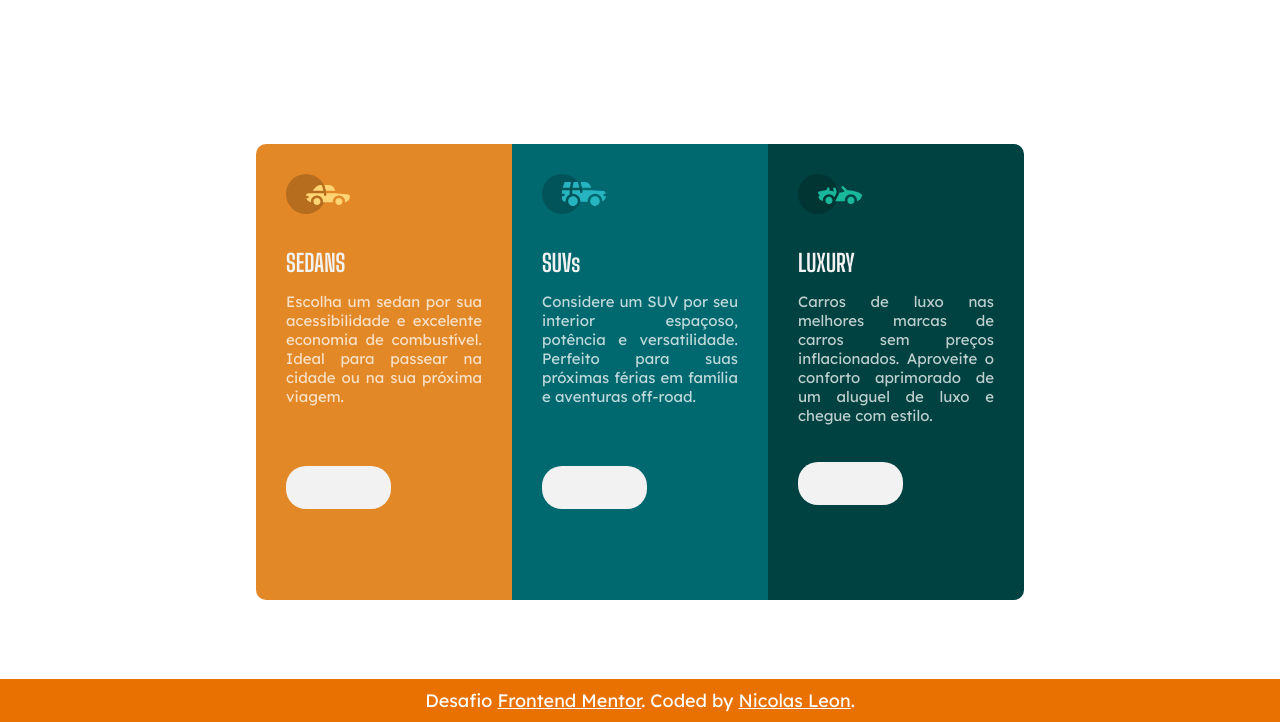
Repository: Leonngc/Car-cards
Page: index.html
An editor plug-in stored every save of this project. The page is shown before and after a run of saves, followed by the edit.
The browser window is 1280 px wide. The pictures show the whole page.

Above is the page before, as saved 2023-01-17 19:48:59.

### index.html
<!DOCTYPE html>
<html lang="pt-br">
  <head>
    <meta charset="UTF-8" />
    <meta name="viewport" content="width=device-width, initial-scale=1.0" />
    <!-- displays site properly based on user's device -->

    <link
      rel="icon"
      type="image/png"
      sizes="32x32"
      href="./images/favicon-32x32.png"
    />

    <link rel="stylesheet" href="styles/style.css" />

    <title>Frontend Mentor | 3-column preview card component</title>


  </head>
  <body>
    <main>
      <div class="card" id="sedan">
        <div class="image"><img src="images/icon-sedans.svg" alt="" /></div>
        <h2>SEDANS</h2>
        <p>
          Escolha um sedan por sua acessibilidade e excelente economia de
          combustível. Ideal para passear na cidade ou na sua próxima viagem.
        </p>
        <button>Saiba mais</button>
      </div>
      <div class="card" id="suv">
        <div class="image"><img src="images/icon-suvs.svg" alt="" /></div>

        <h2>SUVs</h2>
        <p>
          Considere um SUV por seu interior espaçoso, potência e versatilidade.
          Perfeito para suas próximas férias em família e aventuras off-road.
        </p>
        <button>Saiba mais</button>
      </div>
      <div class="card" id="luxury">
        <div class="image"><img src="images/icon-luxury.svg" alt="" /></div>
        <h2>LUXURY</h2>
        <p>
          Carros de luxo nas melhores marcas de carros sem preços inflacionados.
          Aproveite o conforto aprimorado de um aluguel de luxo e chegue com
          estilo.
        </p>
        <button>Saiba mais</button>
      </div>
    </main>

    <footer class="attribution">
      <p>
        Desafio
        <a href="https://www.frontendmentor.io?ref=challenge" target="_blank"
          >Frontend Mentor</a
        >. Coded by <a href="#">Nicolas Leon</a>.
      </p>
    </footer>
  </body>
</html>

### styles/style.css
@import url("https://fonts.googleapis.com/css2?family=Lexend+Deca&display=swap");

@import url("https://fonts.googleapis.com/css2?family=Big+Shoulders+Display:wght@700&display=swap");

* {
  margin: 0 auto;
  padding: 0;
}

:root {
  --font-body: "Lexend Deca", sans-serif;

  --font-title: "Big Shoulders Display", cursive;
}

/* Basic styles */

main {
  display: flex;
  margin: auto;
  margin-top: 20vh;
  margin-left: 20vw;
  margin-right: 20vw;
}
.card {
  padding: 30px;
  height: 55vh;
  width: 90vw;
}
.card > p {
  font-family: var(--font-body);
  margin-bottom: 60px;
  text-align: justify;
  font-size: 15px;
  color: hsla(0, 0%, 100%, 0.75);
}
.card > h2 {
  font-family: var(--font-title);
  padding-top: 30px;
  padding-bottom: 15px;
  color: hsl(0, 0%, 95%);
}

#sedan {
  background-color: hsl(31, 77%, 52%);
  border-top-left-radius: 10px;
  border-bottom-left-radius: 10px;
}

#suv {
  background-color: hsl(184, 100%, 22%);
}

#luxury {
  background-color: hsl(179, 100%, 13%);
  border-top-right-radius: 10px;
  border-bottom-right-radius: 10px;
}

#luxury > p {
  margin-bottom: 37px;
}

button {
  padding: 12px;
  border-radius: 20px;
  background-color: hsl(0, 0%, 95%);
  border: 0;
  font-family: var(--font-body);
  font-size: 15px;
  color: rgba(255, 255, 255, 0);
  -webkit-text-stroke-width: 1px;
    -webkit-text-stroke-color: ;
}


footer > p {
  background-color: rgb(233, 113, 2);
  color: white;
  font-size: 18px;
  margin-top: 11vh;
  padding: 10px;
  text-align: center;
  font-family: var(--font-body);
}

a {
  color: white;
}

/* Animations */
button:hover {
  background-color: hsla(0, 0%, 54%, 0);
  border: 2px solid rgb(255, 255, 255);
  color: hsl(0, 0%, 100%);
}

a:hover {
  font-size: 20px;
}

/* Media Queries */
@media screen and (max-width: 650px) {
  main {
    display: flex;
    flex-direction: column;
    margin-top: 20vh;
    margin-left: 10vw;
    margin-right: 10vw;
  }

  .card {
    height: 40vh;
    width: 60vw;
    padding-bottom: 110px;
  }

  .card > h2 {
    font-size: 30px;
  }
  .card > p {
    font-size: 18px;
  }
  #sedan {
    border-radius: 0;
    border-top-left-radius: 10px;
    border-top-right-radius: 10px;
  }
  #luxury {
    border-radius: 0px 0px 10px 10px;
  }

  button{
    width: 180px;
    padding: 10px;
    border-radius: 20px;
    margin-left: 12vw;
  }
}

After the next 2 saves:
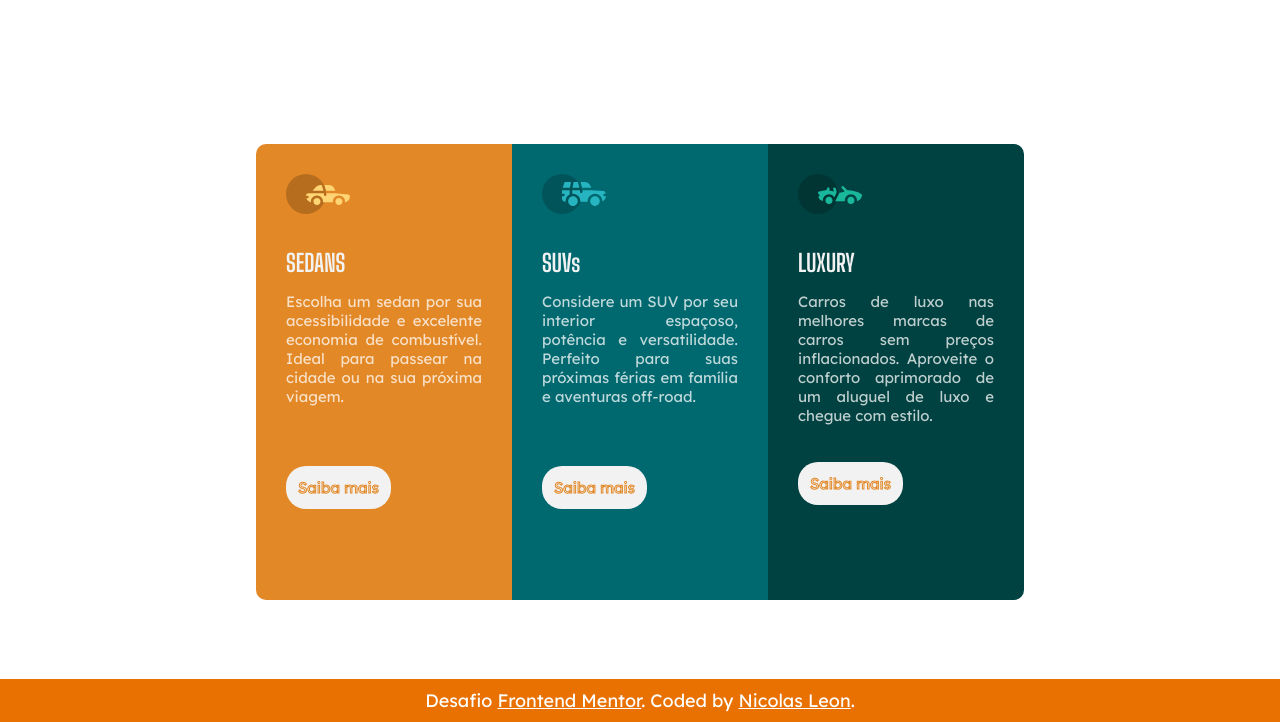
The 2 saves are shown as one change because they came seconds apart.
The last was saved 8 s later.
--- a/styles/style.css
+++ b/styles/style.css
@@ -70,7 +70,7 @@
   font-size: 15px;
   color: rgba(255, 255, 255, 0);
   -webkit-text-stroke-width: 1px;
-    -webkit-text-stroke-color: ;
+    -webkit-text-stroke-color: hsl(31, 77%, 52%);
 }
 
 
